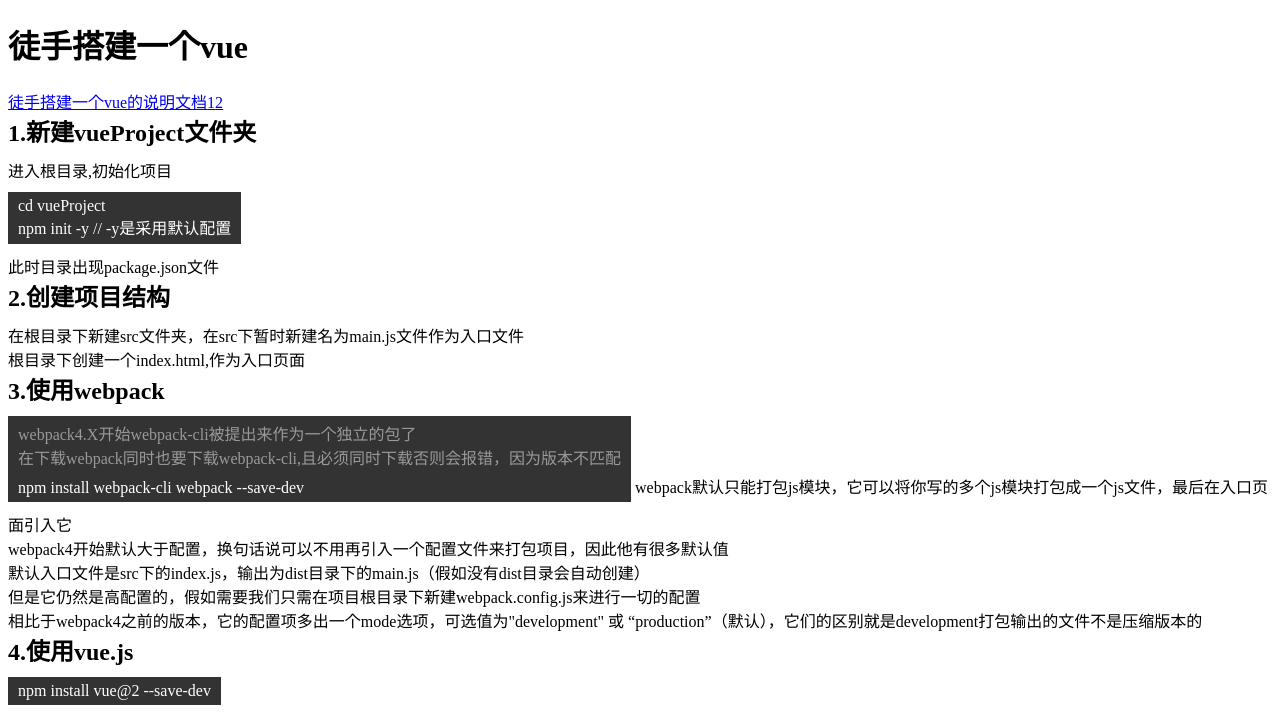
Repository: yuWhy/vue-build-cli
Page: /#/vueBuild
The author's editor kept a copy of each file at every save. The page is drawn from the files as they stood at one save, then again after the next save.
The browser window is 1280 px wide. The pictures show the whole page.
The project was rebuilt for these pictures with package versions that can differ from the ones it lists, and the page was loaded fresh each time. Also part of the build but not shown: webpack.config.js, src/router/index.js.

Above is the page before, as saved 2021-02-19 16:12:47.

### index.html
<!DOCTYPE html>
<html lang="en">

<head>
  <meta charset="utf-8">
  <meta http-equiv="X-UA-Compatible" content="IE=edge">
  <meta name="viewport" content="width=device-width,initial-scale=1.0">
</head>

<body>
  <div id="app"></div>
</body>

</html>

### src/main.js
import Vue from 'vue'
import App from "./App.vue"
import router from './router/index.js'

new Vue({
  el: '#app',
  router,
  render: h => h(App)
})

### src/App.vue
<template>
  <div id="app">
    <h1>{{msg}}</h1>
    <router-link to="vueBuild">徒手搭建一个vue的说明文档</router-link>
    <router-link to="hello">1</router-link>
    <router-link to="login">2</router-link>
    <router-view></router-view>
  </div>
</template>

<script>
export default {
  name: 'App',
  data() {
    return {
      msg: '徒手搭建一个vue'
    }
  }
}
</script>

### src/components/vue-build.vue
<template>
  <div>
    <h2>1.新建vueProject文件夹</h2>
    <p>进入根目录,初始化项目</p>
    <div class="dimk">
      cd vueProject <br>
      npm init -y // -y是采用默认配置
    </div>
    <br>
    此时目录出现package.json文件
    <h2>2.创建项目结构</h2>
    在根目录下新建src文件夹，在src下暂时新建名为main.js文件作为入口文件<br>
    根目录下创建一个index.html,作为入口页面
    <h2>3.使用webpack</h2>
    <div class="dimk">
     <p class="hui"> webpack4.X开始webpack-cli被提出来作为一个独立的包了<br>
      在下载webpack同时也要下载webpack-cli,且必须同时下载否则会报错，因为版本不匹配<br></p>
      npm install webpack-cli webpack --save-dev<br>
    </div>
    webpack默认只能打包js模块，它可以将你写的多个js模块打包成一个js文件，最后在入口页面引入它<br>
    webpack4开始默认大于配置，换句话说可以不用再引入一个配置文件来打包项目，因此他有很多默认值<br>
    默认入口文件是src下的index.js，输出为dist目录下的main.js（假如没有dist目录会自动创建）<br>
    但是它仍然是高配置的，假如需要我们只需在项目根目录下新建webpack.config.js来进行一切的配置<br>
    相比于webpack4之前的版本，它的配置项多出一个mode选项，可选值为"development" 或 “production”（默认），它们的区别就是development打包输出的文件不是压缩版本的
    <h2>4.使用vue.js</h2>
    <div class="dimk">npm install vue@2 --save-dev</div>
  </div>
</template>
<script>
export default {
  name: 'vueBuild'
}
</script>
<style scoped>
* {
  padding: 0;
  margin: 0;
  margin-bottom: 10px;
}
  .dimk {
    background: #333;
    color: #fff;
    padding: 5px 10px;
    display: inline-block;
  }
  .dimk .hui {
    color: #999;
  }
</style>

After the next save:
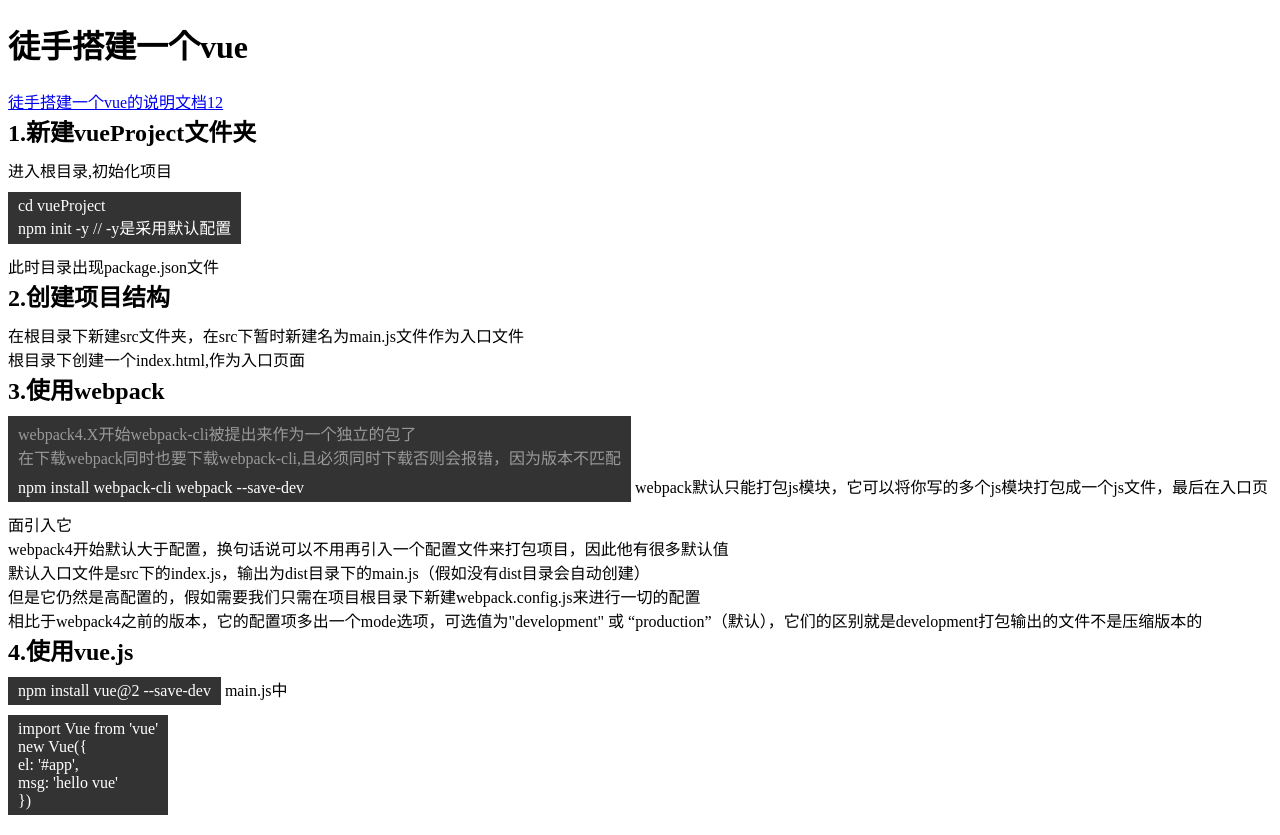
Saved 78 s later.
--- a/src/components/vue-build.vue
+++ b/src/components/vue-build.vue
@@ -24,6 +24,14 @@
     相比于webpack4之前的版本，它的配置项多出一个mode选项，可选值为"development" 或 “production”（默认），它们的区别就是development打包输出的文件不是压缩版本的
     <h2>4.使用vue.js</h2>
     <div class="dimk">npm install vue@2 --save-dev</div>
+    main.js中<br>
+    <div class="dimk">
+      import Vue from 'vue'<br>
+      new Vue({<br>
+          el: '#app',<br>
+          msg: 'hello vue'<br>
+      })<br>
+    </div>
   </div>
 </template>
 <script>
